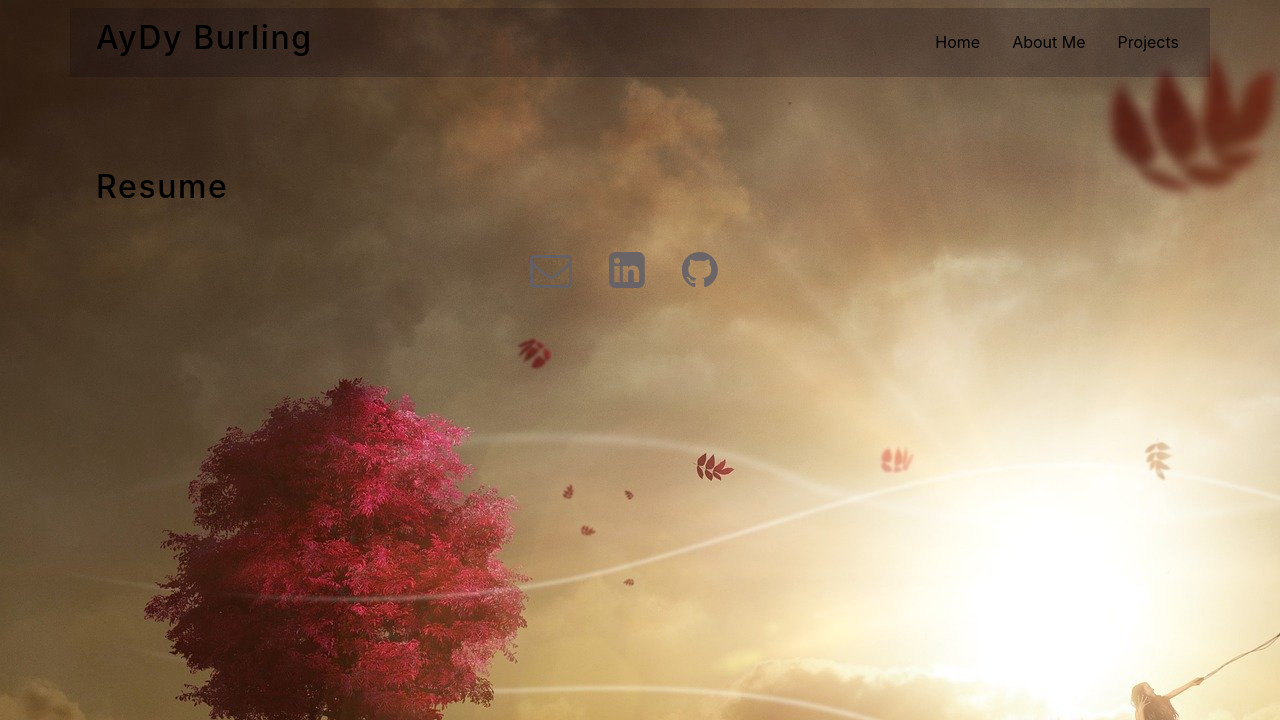
Repository: Dee1985/basic-portfolio
Page: contact.html
The author's editor kept a copy of each file at every save. The page is drawn from the files as they stood at one save, then again after the next save.
The browser window is 1280 px wide. The pictures show the whole page.

Above is the page before, as saved 2020-04-08 16:58:57.

After the next save:
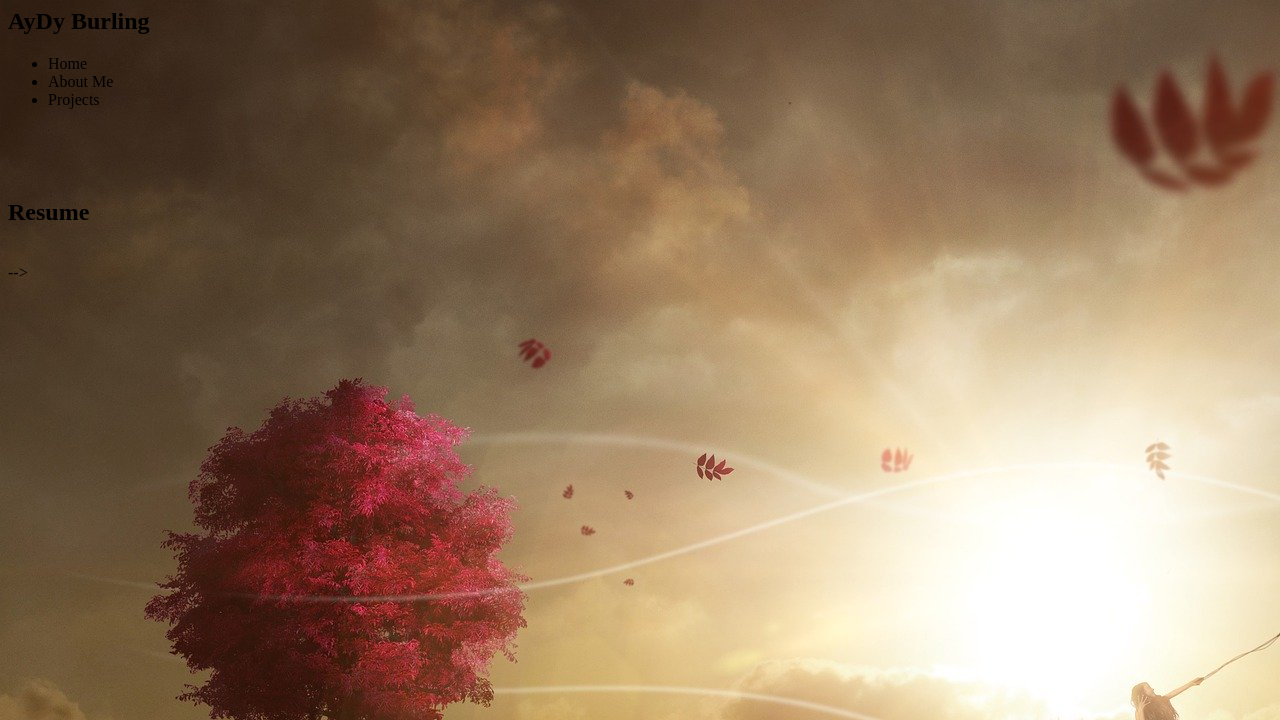
Saved 28 s later.
--- a/contact.html
+++ b/contact.html
@@ -1,4 +1,4 @@
-<html lang="en">
+<!-- <html lang="en">
 
 <head>
     <meta charset="UTF-8">
@@ -73,4 +73,4 @@
 </html>
 </body>
 
-</html>
+</html> -->
